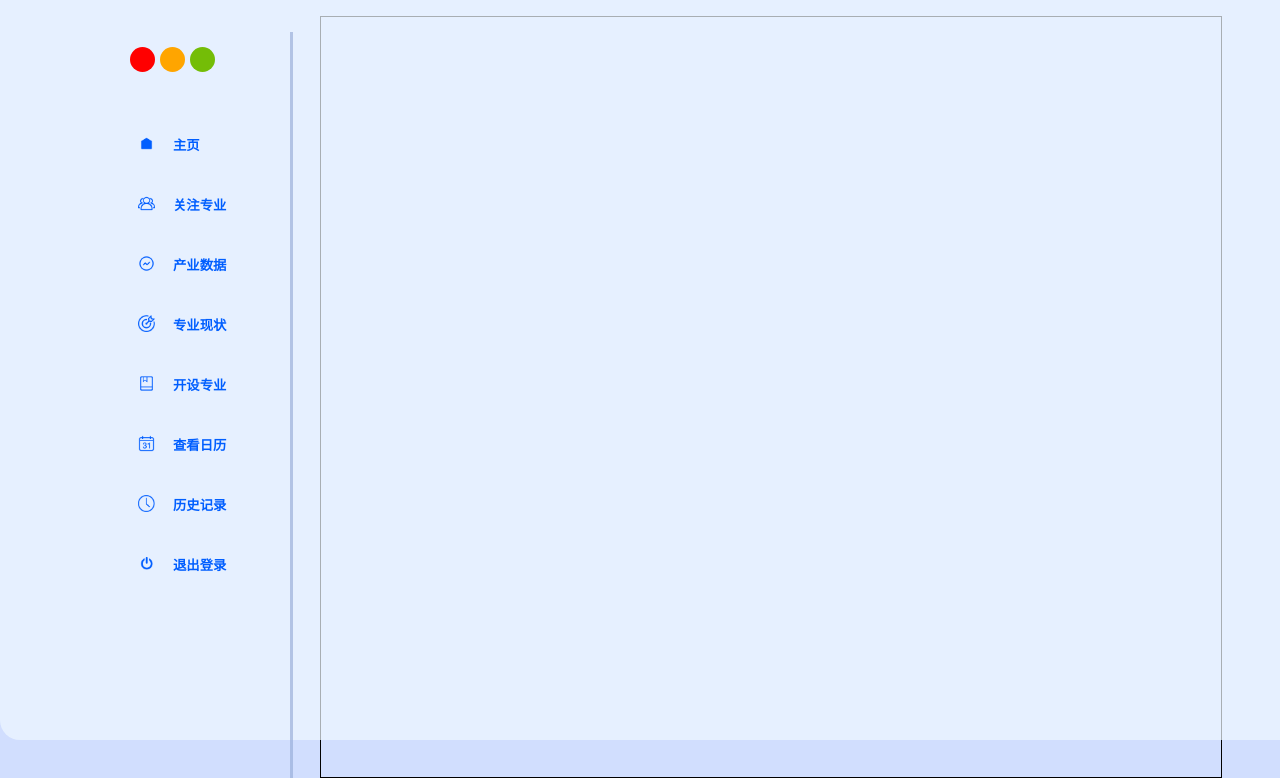
Repository: akaCSDN/test
Page: 2.1主页.html
An editor plug-in stored every save of this project. The page is shown before and after the next save, followed by the edit.
The browser window is 1280 px wide. The pictures show the whole page.

Above is the page before, as saved 2022-12-03 22:04:30.

After the next save:
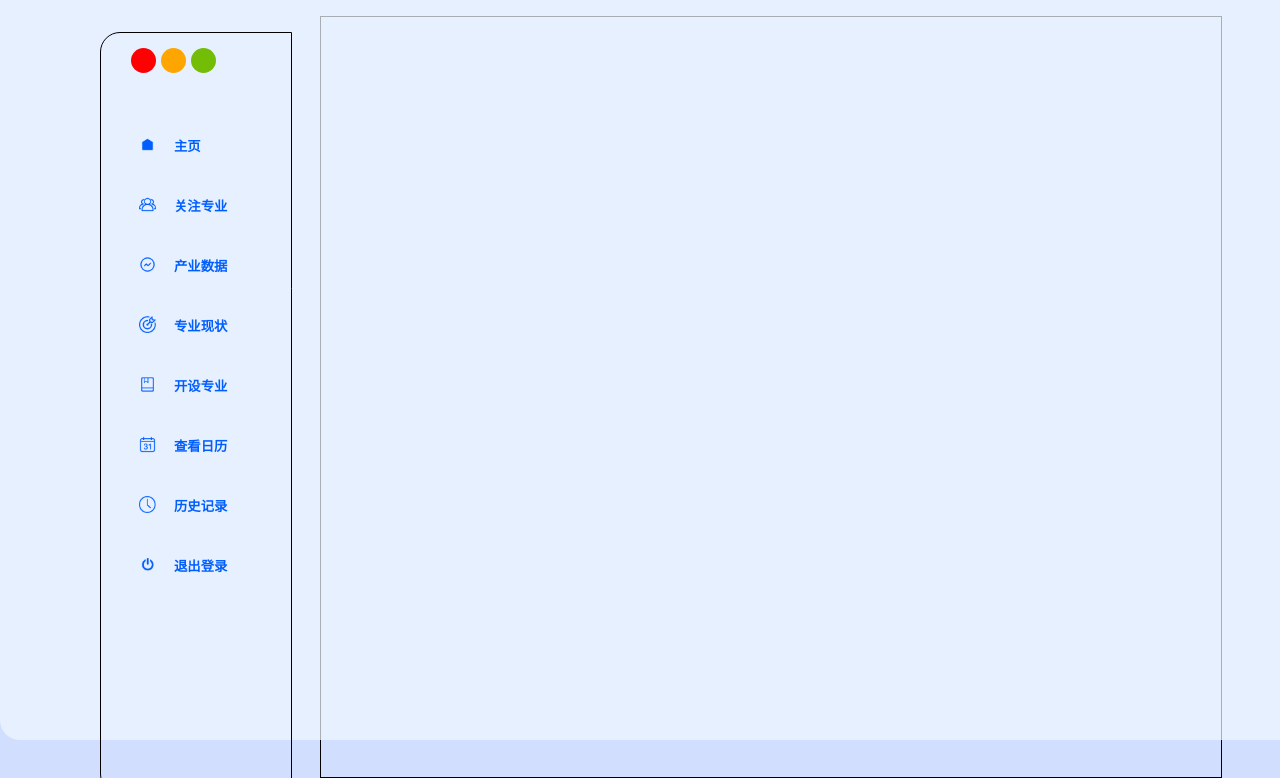
Saved 22 s later.
--- a/2.1主页.html
+++ b/2.1主页.html
@@ -32,7 +32,7 @@
             height: 760px;
             border-radius: 20px 0px 0px 20px;
             border-right: 3px solid rgba(146, 169, 213, 0.622);
-            /* border: 1px solid black; */
+            border: 1px solid black;
             position: absolute;
             margin-left: 100px;
             margin-top: 16px;
